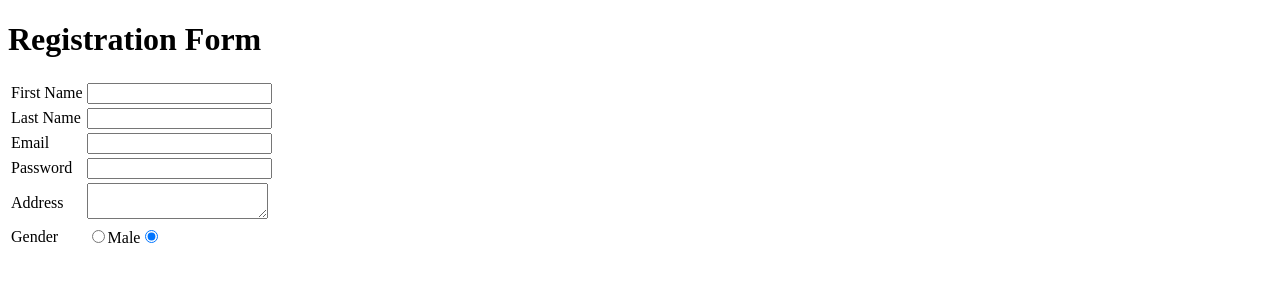
Repository: Laxman877/MyWorkspace
Page: Corejava/Learning_Web/src/main/webapp/division.html
The author's editor kept a copy of each file at every save. The page is drawn from the files as they stood at one save, then again after the next save.
The browser window is 1280 px wide. The pictures show the whole page.

Above is the page before, as saved 2022-04-27 05:06:26.

After the next save:
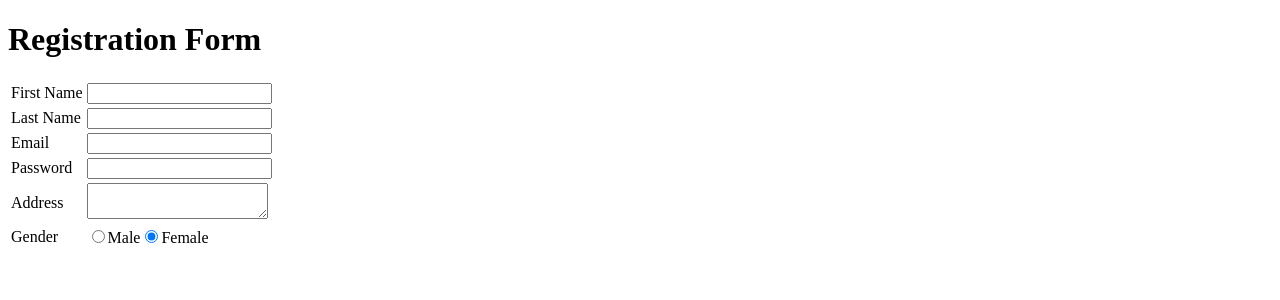
Saved 22 s later.
--- a/Corejava/Learning_Web/src/main/webapp/division.html
+++ b/Corejava/Learning_Web/src/main/webapp/division.html
@@ -36,7 +36,8 @@
 </tr>
 <tr>
 <td><label>Gender</label></td>
-<td><input type="radio" name="gender" checked="checked">Male<input type="radio" name="gender" checked="checked">
+<td><input type="radio" name="gender" checked="checked">Male<input type="radio" name="gender" checked="checked">Female</td>
+</tr>
 </table>
 </form>
 </body>
